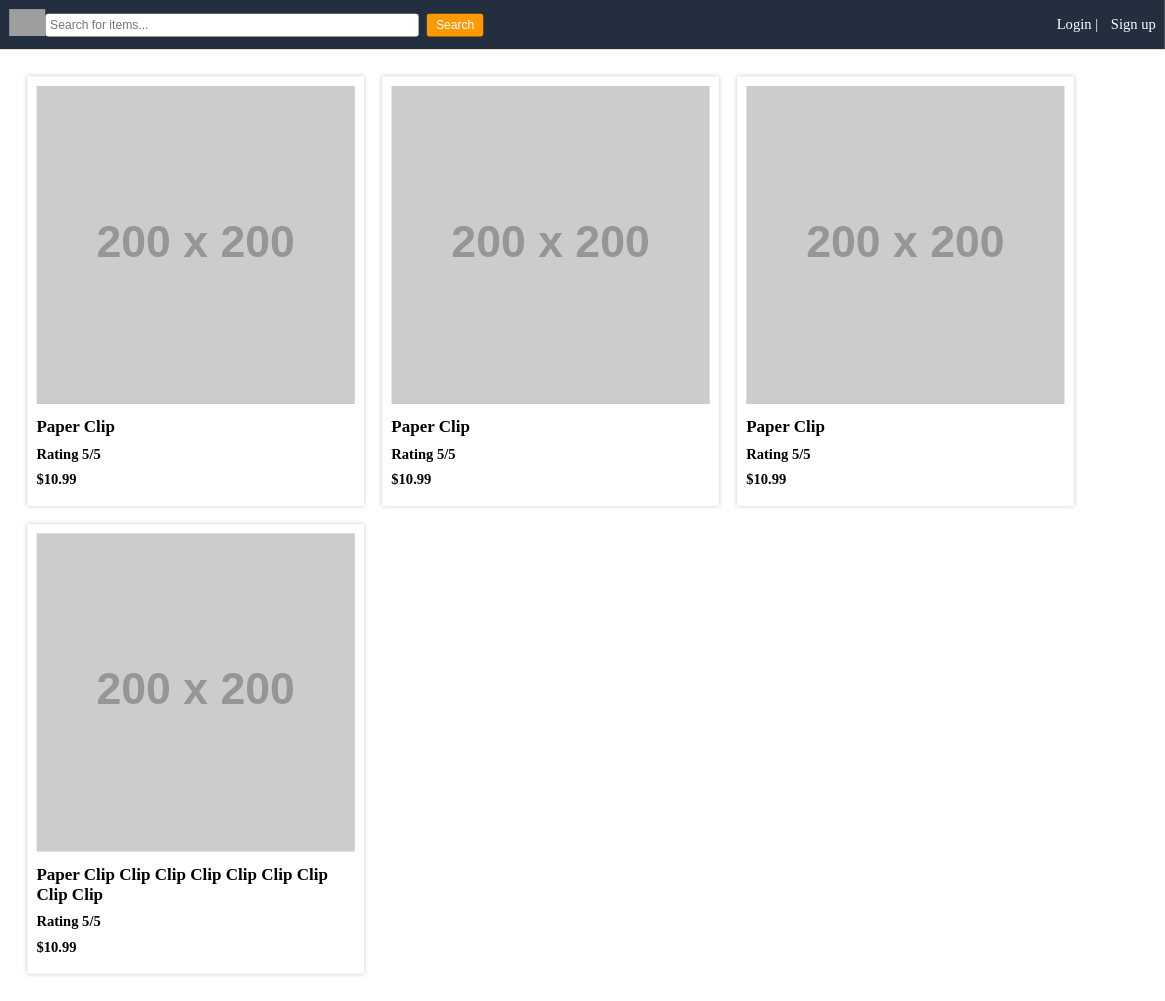
Repository: Minh-John-Le/OfficeSupplyDepot
Page: http://localhost/OfficeSupplyDepotServlet/MainPage.jsp
An editor plug-in stored every save of this project. The page is shown before and after the next save, followed by the edit.
The browser window is 1280 px wide. The pictures show the whole page, at 91% of full size.
Pictures or frames that could not be fetched are drawn as grey boxes. The page is served by Tomcat 9. Nobody is signed in. The application's start-up code is not run. Other server files are loaded and not shown.

Above is the page before, as saved 2023-03-13 06:36:09.

### OfficeSupplyDepotServlet/src/main/webapp/MainPage.jsp
<!DOCTYPE html>
<html>
<head>
	<meta charset="UTF-8">
	<title>Office Supply Depot</title>
	<link rel="stylesheet" href="MainPage.css">
</head>
<body>
	<div class="header">
		<div class="logo">
			<img src="my-logo.png" alt="Office Supply Depot">
		</div>
		<div class="search">
			<input type="text" placeholder="Search for items...">
			<button>Search</button>
		</div>
		<div class="login-signup">
			<a href="#">Login</a> | <a href="#">Sign up</a>
		</div>
	</div>
	<div class="item-container">
		<div class="item-box">
			<img src="https://dummyimage.com/200x200/000/fff&text=Paperclips">
			<h3>Paper Clip</h3>
			<p>Rating 5/5</p>
			<p>$10.99</p>
		</div>
		<div class="item-box">
			<img src="https://dummyimage.com/200x200/000/fff&text=Paperclips">
			<h3>Paper Clip</h3>
			<p>Rating 5/5</p>
			<p>$10.99</p>
		</div>
		<div class="item-box">
			<img src="https://dummyimage.com/200x200/000/fff&text=Paperclips">
			<h3>Paper Clip</h3>
			<p>Rating 5/5</p>
			<p>$10.99</p>
		</div>
		<div class="item-box">
			<img src="https://dummyimage.com/200x200/000/fff&text=Paperclips">
			<h3>Paper Clip Clip Clip Clip Clip Clip Clip Clip Clip</h3>
			<p>Rating 5/5</p>
			<p>$10.99</p>
		</div>
	</div>
</body>
</html>

### OfficeSupplyDepotServlet/src/main/webapp/MainPage.css
/* Global Styles */
body {
	margin: 0;
	padding: 0;
}

/* Header Styles */
.header {
	background-color: #232f3e;
	color: #fff;
	display: flex;
	align-items: center;
	padding: 10px;
}
.logo img {
	height: 30px;
}
.search input[type="text"] {
	padding: 5px;
	border: none;
	border-radius: 3px;
	width: 400px;
}
.search button {
	background-color: #ff9900;
	color: #fff;
	border: none;
	border-radius: 3px;
	padding: 5px 10px;
	margin-left: 5px;
	cursor: pointer;
}
.login-signup {
	margin-left: auto;
}
.login-signup a {
	color: #fff;
	text-decoration: none;
	margin-left: 10px;
}

/* Item Box Styles */
.item-container {
	display: flex;
	flex-wrap: wrap;
	padding: 20px;
}
.item-box {
	width: 350px;
	margin: 10px;
	padding: 10px;
	background-color: #fff;
	box-shadow: 0px 0px 5px rgba(0, 0, 0, 0.2);
}
.item-box img {
	width: 100%;
}
.item-box h3 {
	margin: 10px 0;
}
.rating {
	color: #ff9900;
	margin: 10px 0;
}
.checked {
	color: #ff9900;
}
.item-box p {
	font-weight: bold;
	margin: 10px 0;
}

After the next save:
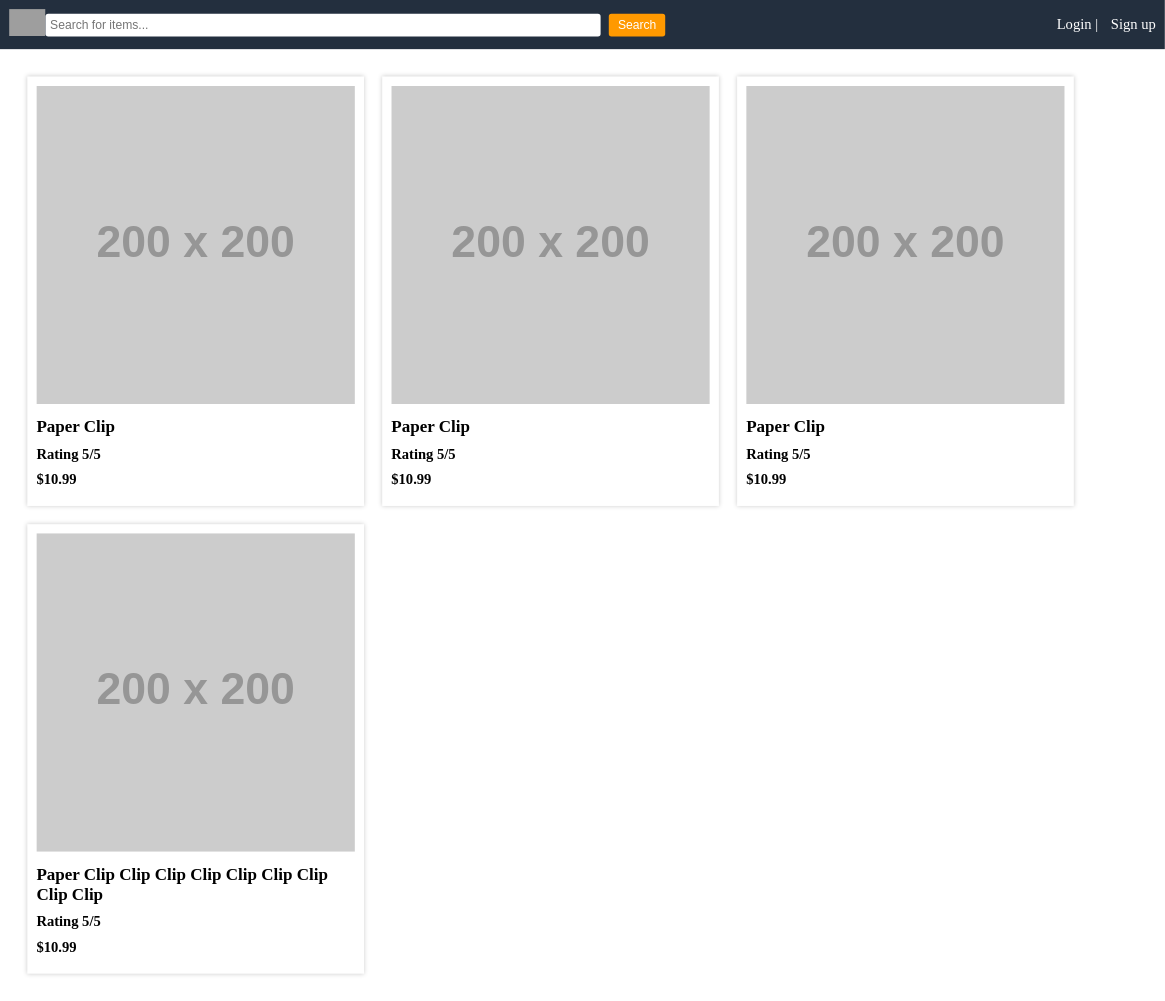
Saved 4 min 31 s later.
--- a/OfficeSupplyDepotServlet/src/main/webapp/MainPage.css
+++ b/OfficeSupplyDepotServlet/src/main/webapp/MainPage.css
@@ -19,7 +19,7 @@ body {
 	padding: 5px;
 	border: none;
 	border-radius: 3px;
-	width: 400px;
+	width: 600px;
 }
 .search button {
 	background-color: #ff9900;
